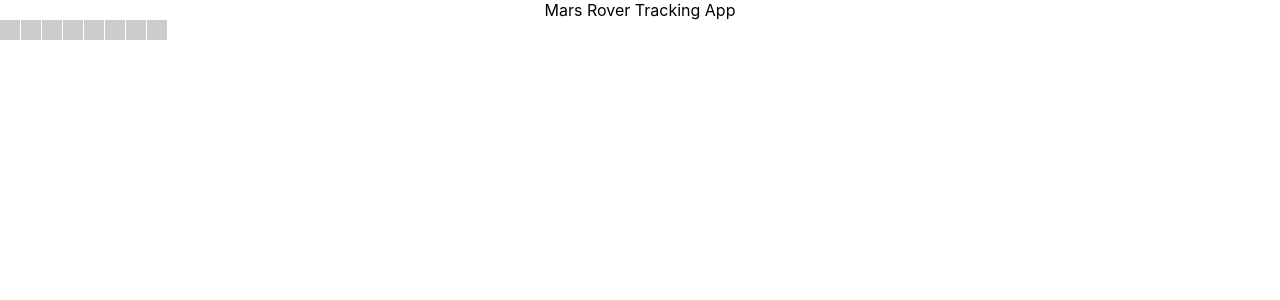
Repository: madhurisandbhor/Rover-Tracking-App
Page: /
These files come from the project's save history. The page is drawn as it stood at one moment and after the next save; the edit follows.
The browser window is 1280 px wide. The pictures show the whole page.
The project was rebuilt for these pictures with package versions that can differ from the ones it lists, and the page was loaded fresh each time.

Above is the page before, as saved 2021-09-06 16:58:17.

### src/App.js
import './App.css';
import Grid from './Grid'

function App() {
  return (
    <div className="App">
      <div>Mars Rover Tracking App</div>
      <Grid />
    </div>
  );
}

export default App;

### src/Grid.jsx
import React from 'react'
import { maxY, maxX } from "./constants";

const wrapper = {
    display: 'grid',
    gridTemplateColumns: `repeat(${maxY}, 20px)`,
    gridTemplateRows: `repeat(${maxX}, 20px)`,
    gridAutoRows: '20px',
    gridAutoColumns: '20px',
    gridGap: '1px',
}

const item = {
    padding: '10px',
    backgroundColor: '#ccc',
}

const Grid = () => {
    return (
        <div style={wrapper}>

            <div style={item}></div>
            <div style={item}></div>
            <div style={item}></div>
            <div style={item}></div>
            <div style={item}></div>
            <div style={item}></div>
            <div style={item}></div>
            <div style={item}></div>

        </div>
    )
}

export default Grid

### src/constants.js
export const x = 0, y = 0, maxX = 9, maxY = 9;
export const d = 'N';
export const directionsToRight = ['N', 'E', 'S', 'W']
export const directionsToLeft = ['N', 'W', 'S', 'E']

Loaded but not shown: public/index.html (common file); src/index.js (common file); src/index.css (common file); src/App.css (common file)

After the next save:
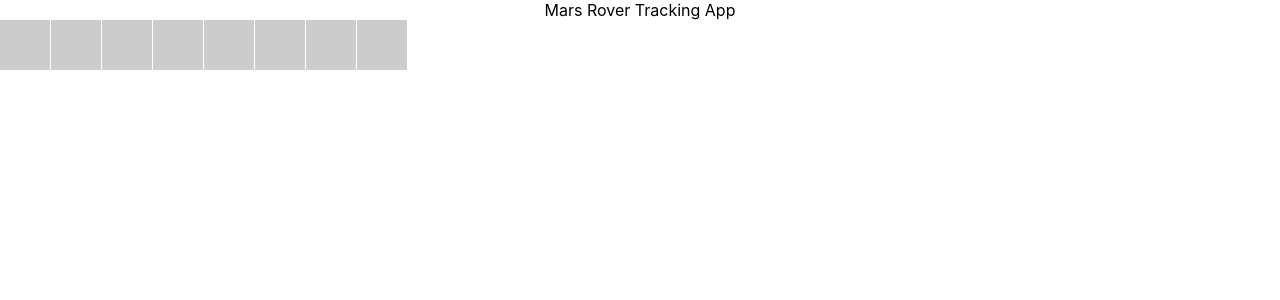
Saved 9 s later.
--- a/src/Grid.jsx
+++ b/src/Grid.jsx
@@ -3,8 +3,8 @@ import { maxY, maxX } from "./constants";
 
 const wrapper = {
     display: 'grid',
-    gridTemplateColumns: `repeat(${maxY}, 20px)`,
-    gridTemplateRows: `repeat(${maxX}, 20px)`,
+    gridTemplateColumns: `repeat(${maxY}, 50px)`,
+    gridTemplateRows: `repeat(${maxX}, 50px)`,
     gridAutoRows: '20px',
     gridAutoColumns: '20px',
     gridGap: '1px',
